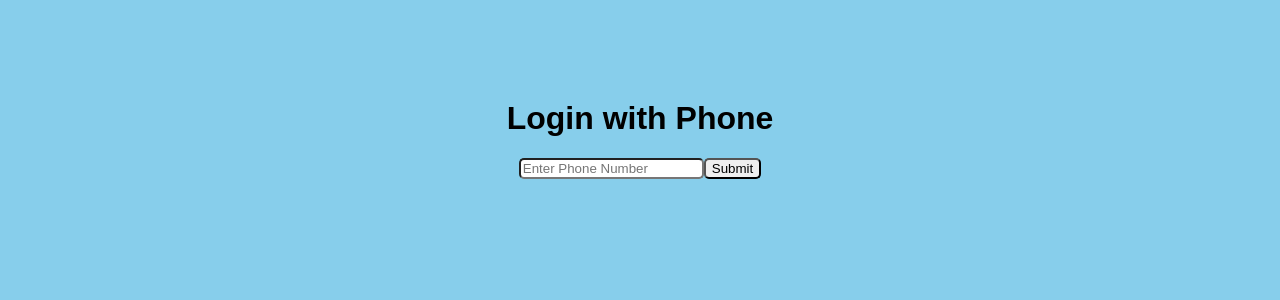
Repository: s-babaeizadeh/OTP-Login
Page: /
These files come from the project's save history. The page is drawn as it stood at one moment and after the next save; the edit follows.
The browser window is 1280 px wide. The pictures show the whole page.
The project was rebuilt for these pictures with package versions that can differ from the ones it lists, and the page was loaded fresh each time. Also part of the build but not shown: vite.config.js, src/components/OtpInput.jsx.

Above is the page before, as saved 2024-08-03 21:35:53.

### src/App.jsx
import "./App.css";
import PhoneOtpLogin from "./components/PhoneOtpLogin";

function App() {
  return (
    <>
      <div className="App">
        <h1>Login with Phone</h1>
        <PhoneOtpLogin />
      </div>
    </>
  );
}

export default App;

### src/App.css
.App {
  font-family: sans-serif;
  text-align: center;
  margin-top: 100px;
}

.otpInput {
  height: 40px;
  width: 40px;
  margin: 5px;
  text-align: center;
  font-size: 1.2em;
}

.inputotp {
  border-radius: 5px;
}

button {
  border-radius: 5px;
}

### src/components/PhoneOtpLogin.jsx
import React, { useState } from "react";
import OtpInput from "./OtpInput";

const PhoneOtpLogin = () => {
  const [phoneNumber, setPhoneNumber] = useState("");
  const [showOtpInput, setShowOtpInput] = useState(false);

  const handlePhoneNumber = (e) => {
    setPhoneNumber(e.target.value);
  };

  const handlePhoneSubmit = (e) => {
    e.preventDefault();

    //phone validation
    const regex = /[^0-9]/g;
    if (phoneNumber.length < 10 || regex.test(phoneNumber)) {
      alert("Invalid Phone Number");
      return;
    }

    setShowOtpInput(true);
  };

  const onOtpSubmit = (otp) => {
    console.log("Login Successful", otp);
  };

  return (
    <div>
      {!showOtpInput ? (
        <form onSubmit={handlePhoneSubmit}>
          <input
            className="inputotp"
            type="text"
            placeholder="Enter Phone Number"
            onChange={handlePhoneNumber}
          />
          <button type="submit">Submit</button>
        </form>
      ) : (
        <div>
          <p>Enter OTP sent to {phoneNumber}</p>
          <OtpInput length={4} onOtpSubmit={onOtpSubmit} />
        </div>
      )}
    </div>
  );
};

export default PhoneOtpLogin;

Loaded but not shown: index.html (common file); src/main.jsx (common file); src/index.css (common file)

After the next save:
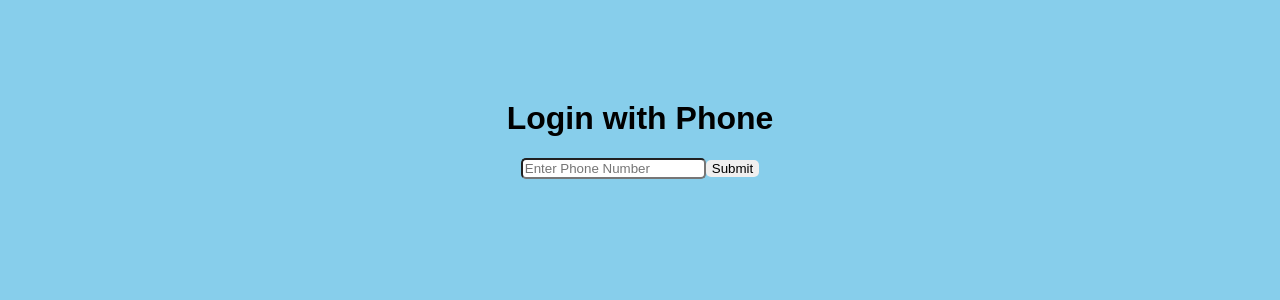
Saved 74 s later.
--- a/src/App.css
+++ b/src/App.css
@@ -18,4 +18,6 @@
 
 button {
   border-radius: 5px;
+  border: none;
+  outline: none;
 }
